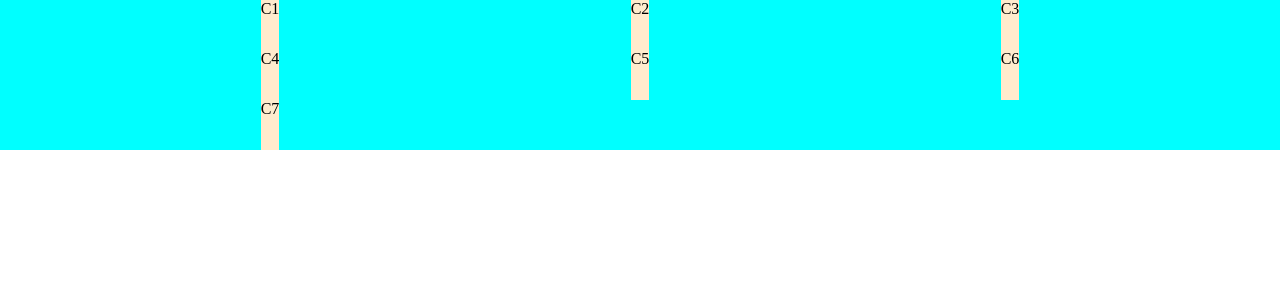
Repository: nepali2385/FUll-stack-practice
Page: Day5/Day5/grid.html
An editor plug-in stored every save of this project. The page is shown before and after the next save, followed by the edit.
The browser window is 1280 px wide. The pictures show the whole page.

Above is the page before, as saved 2024-08-27 15:06:54.

### Day5/Day5/grid.html
<!DOCTYPE html>
<html lang="en">
<head>
    <meta charset="UTF-8">
    <meta name="viewport" content="width=device-width, initial-scale=1.0">
    <title>Document</title>
    <link rel="stylesheet" href="grid.css">
</head>
<body>
    <div class="area">
        <div class="card">C1</div>
        <div class="card">C2</div>
        <div class="card">C3</div>
        <div class="card">C4</div>
        <div class="card">C5</div>
        <div class="card">C6</div>
        <div class="card">C7</div>



    </div>
</body>
</html>

### Day5/Day5/grid.css
*{
    padding:0;
    margin: 0;
    box-sizing:border-box;

}
.area{
    display:grid;
    grid-template-columns: 100px 200px 100px;
    grid-auto-rows: 50px;
    background-color: aqua;
    justify-content:space-evenly;
    justify-items: center;
}
.card{
    background-color: blanchedalmond;
    border 1px solid black;
}

After the next save:
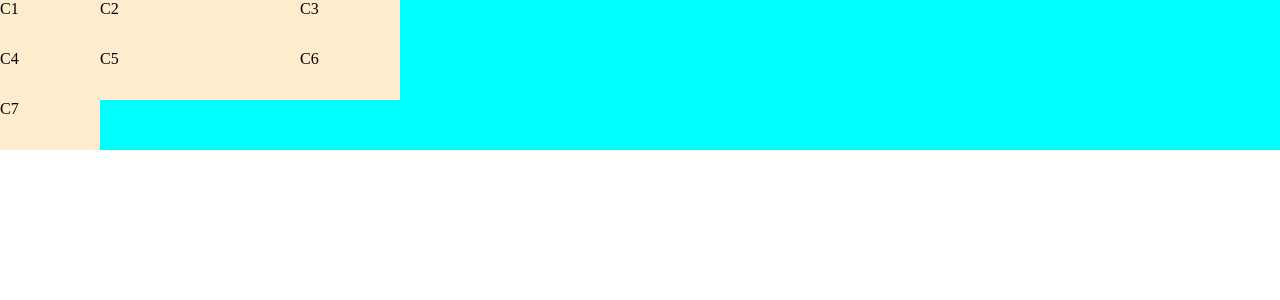
Saved 2 min 3 s later.
--- a/Day5/Day5/grid.css
+++ b/Day5/Day5/grid.css
@@ -9,7 +9,7 @@
     grid-template-columns: 100px 200px 100px;
     grid-auto-rows: 50px;
     background-color: aqua;
-    justify-content:space-evenly;
+    justify-content:;center
     justify-items: center;
 }
 .card{
